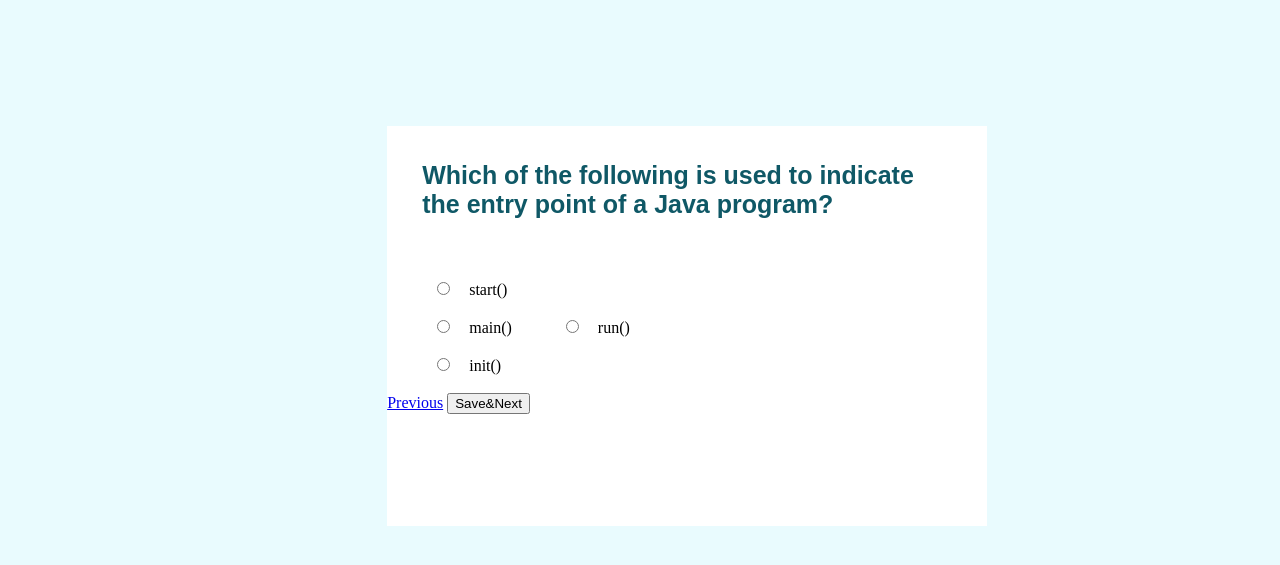
Repository: Rupali-8062Chourasiya5279/Internship_Task_Rupali
Page: Programming Language/quiz/QuizApp/src/main/webapp/Fourth.html
These files come from the project's save history. The page is drawn as it stood at one moment and after the next save; the edit follows.
The browser window is 1280 px wide. The pictures show the whole page.

Above is the page before, as saved 2025-01-24 13:58:43.

### Programming Language/quiz/QuizApp/src/main/webapp/Fourth.html
<!DOCTYPE html>
<html>
<head>
<meta charset="UTF-8">
<title>Que4</title>
<style>
body
{
background-color: #7ce0f4;
}
#div1
{
background-color: white;
height :400px ;
width : 600px;
margin-left: 30%;
margin-top: 10%;
}
 h3
 {
 padding:35px;
 font: bold;
 color: #0f5866;
 font-family: sans-serif;
 font-size: 25px;
 }
 #a{
 text-decoration: none;
 font: bold;
 color: white;
 background-color:#0f5866;
 font-family: sans-serif;
 padding:5px 10px 5px 10px;
 margin-left:50px;
 font-size: 15px;
 border-radius: 10px;
 }
 #sub
 {
 font: bold;
 color: white;
 background-color:#0f5866;
 font-family: sans-serif;
 float:right;
 padding:5px 10px 5px 10px;
 margin-right:100px;
 font-size: 15px;
 border-radius: 10px;
 }
 body
 {
 background-color: #e9fbfe;
 }
 .c1
 {
 margin-left: 50px;
 }
</style>
</head>
<body>
	<form action="Fourth">
	<div id="div1">
	<h3>Which of the following is used to indicate the entry point of a Java program?</h3>
	<input  class="c1" type="radio" name="q4" value="start()">&emsp;start()</input><br><br>
	<input  class="c1" type="radio" name="q4" value="main()">&emsp;main()</input>
	<input class="c1"  type="radio" name="q4" value="run()">&emsp;run()</input><br><br>
	<input  class="c1" type="radio" name="q4" value="init()">&emsp;init()</input><br><br>
	<a href="Third.html">Previous</a>
	<input type="submit" value="Save&Next">
	</div>
	</form>
</body>
</html>

After the next save:
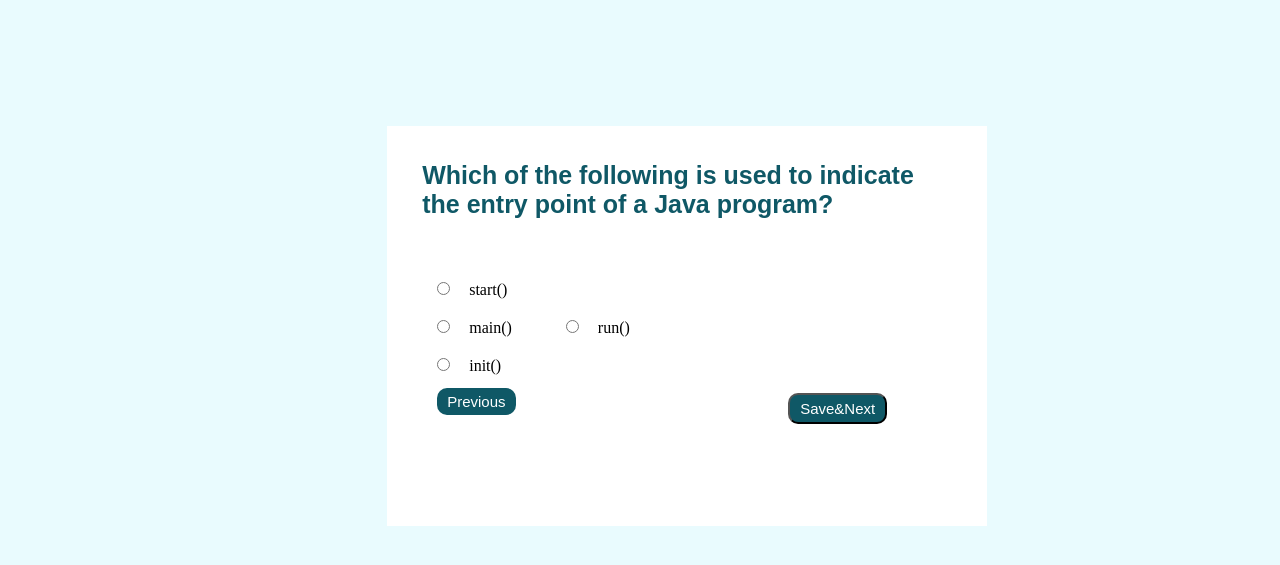
Saved 2 s later.
--- a/Programming Language/quiz/QuizApp/src/main/webapp/Fourth.html
+++ b/Programming Language/quiz/QuizApp/src/main/webapp/Fourth.html
@@ -65,8 +65,8 @@ margin-top: 10%;
 	<input  class="c1" type="radio" name="q4" value="main()">&emsp;main()</input>
 	<input class="c1"  type="radio" name="q4" value="run()">&emsp;run()</input><br><br>
 	<input  class="c1" type="radio" name="q4" value="init()">&emsp;init()</input><br><br>
-	<a href="Third.html">Previous</a>
-	<input type="submit" value="Save&Next">
+	<a  id = "a" href="Third.html">Previous</a>
+	<input id = "sub"  type="submit" value="Save&Next">
 	</div>
 	</form>
 </body>
